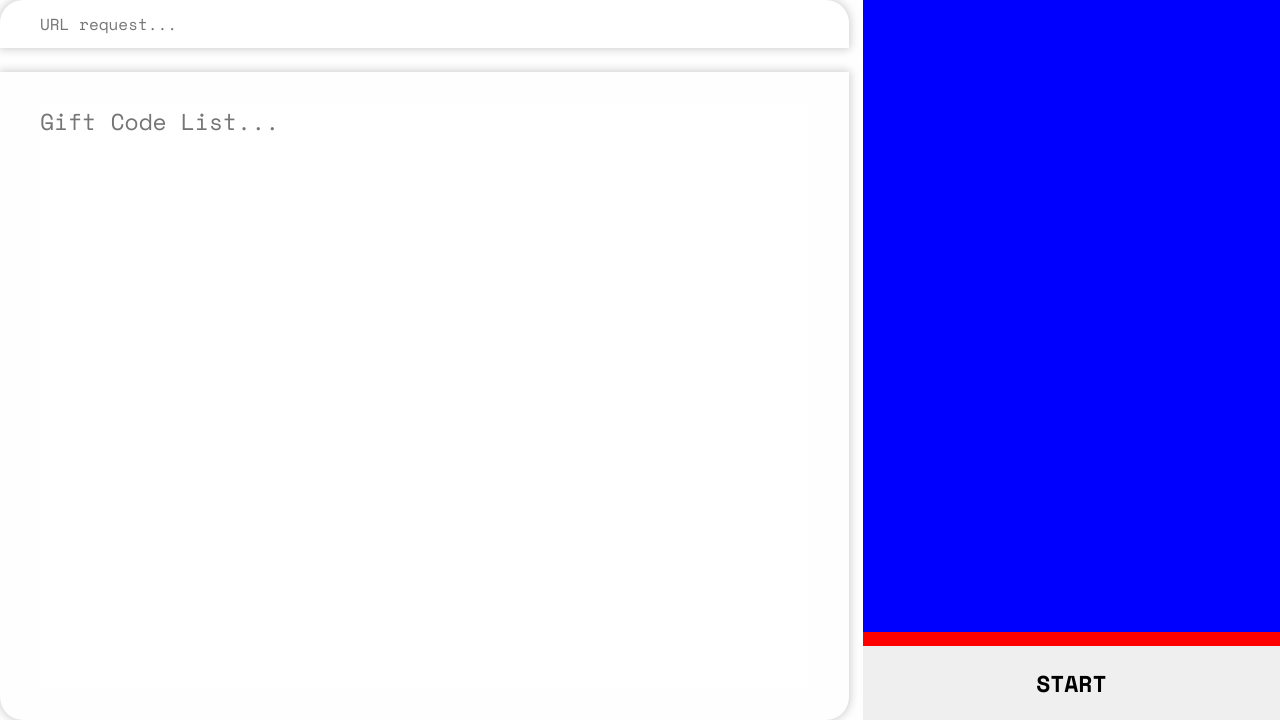
Repository: 777hanh777hanh/test
Page: index.html
The author's editor kept a copy of each file at every save. The page is drawn from the files as they stood at one save, then again after the next save.
The browser window is 1280 px wide. The pictures show the whole page.

Above is the page before, as saved 2023-06-30 17:28:17.

After the next save:
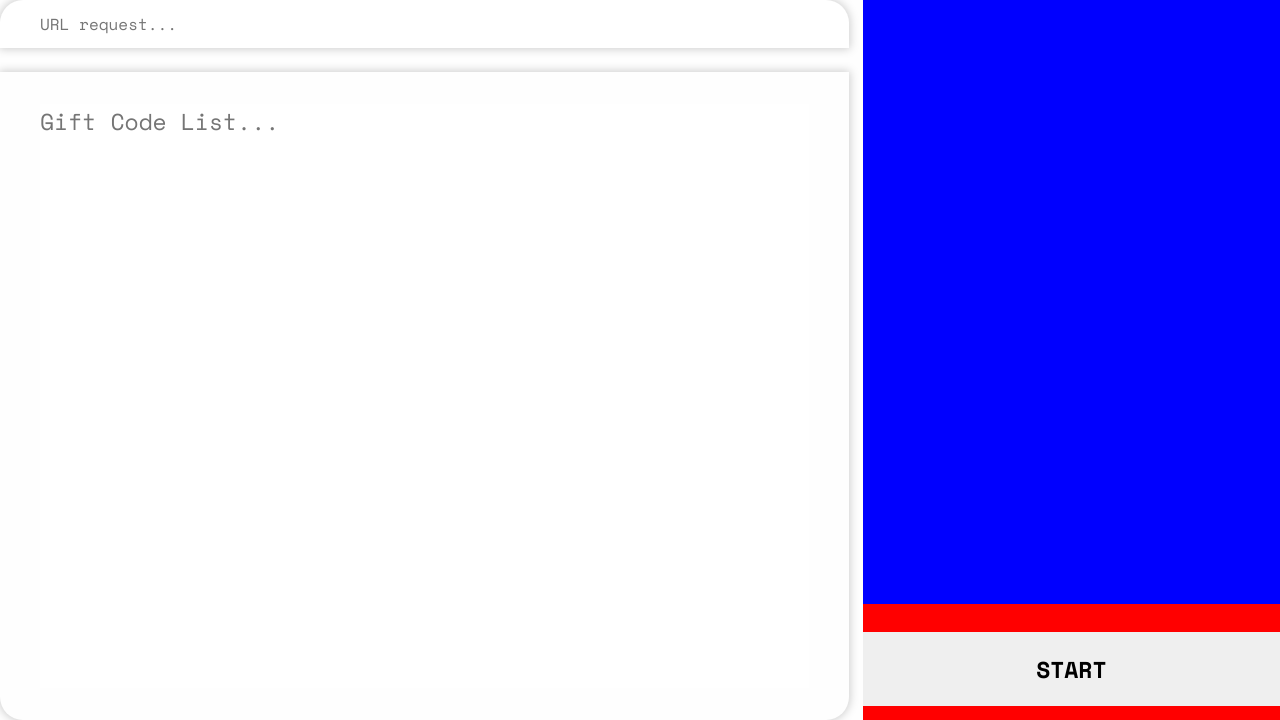
Saved 24 s later.
--- a/assets/css/style.css
+++ b/assets/css/style.css
@@ -94,6 +94,7 @@ html *::-webkit-scrollbar-track {
 }
 
 .btn {
+    margin: 14px 0;
     padding: 20px;
     font-size: 2.3rem;
     font-weight: 700;
